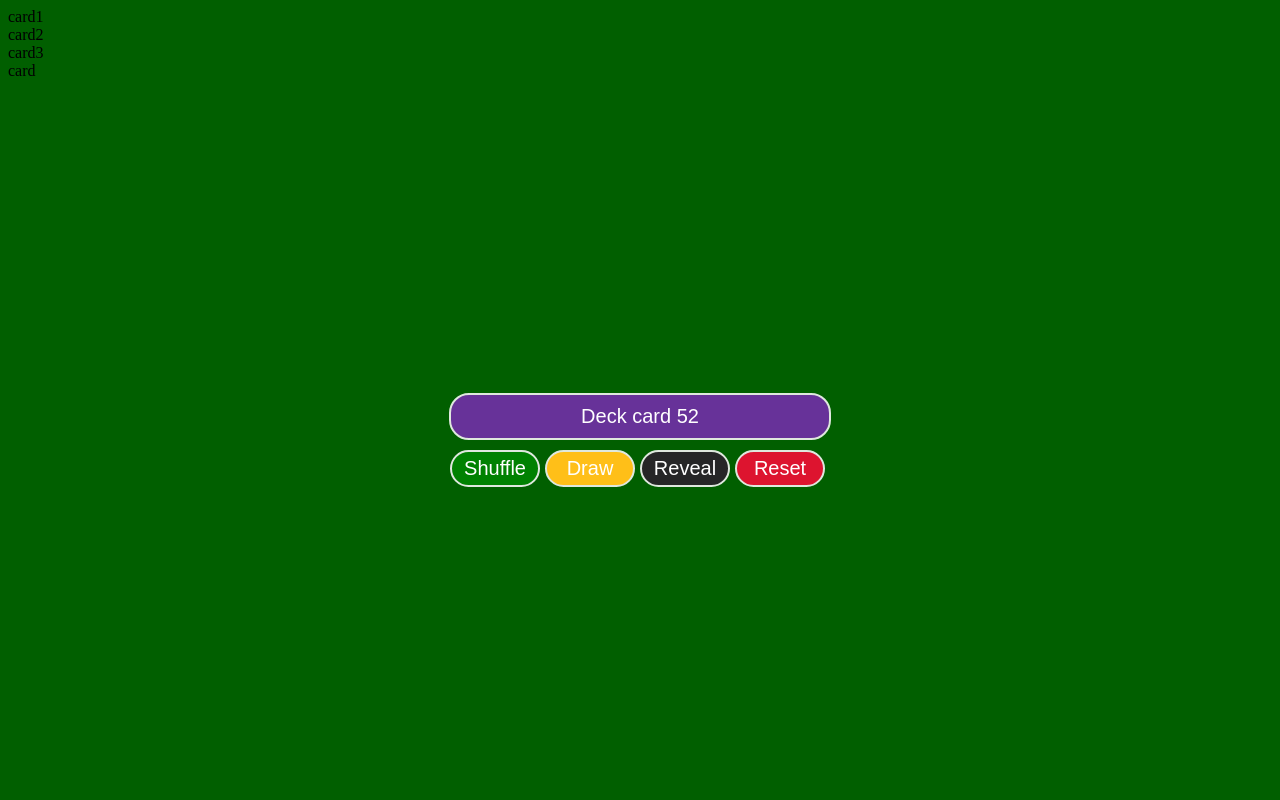
Repository: tiendungjr123/app-baicao
Page: /
These files come from the project's save history. The page is drawn as it stood at one moment and after the next save; the edit follows.
The browser window is 1280 px wide. The pictures show the whole page.
The project was rebuilt for these pictures with package versions that can differ from the ones it lists, and the page was loaded fresh each time. Also part of the build but not shown: src/index.css.

Above is the page before, as saved 2022-10-10 23:56:57.

### src/index.js
import React from 'react';
import ReactDOM from 'react-dom/client';
import './index.css';
import App from './App';

const root = ReactDOM.createRoot(document.getElementById('root'));
root.render(
   <React.StrictMode>
      <App />
   </React.StrictMode>
);

### src/App.js
import './App.css';
import Card from './Components/card';
import CardList from './Components/cardList';
import Table from './Components/table';

function App() {
   return (
      <div class="app">
         <CardList />
         <Table />
      </div>

   );
}

export default App;

### src/App.css
@import "./Scss/style.css";

### src/Components/cardList.jsx
import React from 'react';
import Card from './card';
const CardList = () => {
   return (
      <>
         <header class="header">card1</header>
         <aside class="aside aside-1">card2</aside>
         <aside class="aside aside-2">card3</aside>
         <footer class="footer">card</footer>
      </>
   );
}

export default CardList;

### src/Components/table.jsx
import React from 'react';

const Table = () => {
   return (
      <div className='table'>
         <button className='btn-deck-card'>Deck card 52</button>
         <div className='btn-action'>
            <button className='btn btn-shuffle'>Shuffle</button>
            <button className='btn btn-draw'>Draw</button>
            <button className='btn btn-reveal'>Reveal</button>
            <button className='btn btn-reset'>Reset</button>
         </div>
      </div>
   );
}

export default Table;

### src/Scss/style.css
.table {
  height: 100vh;
  display: flex;
  justify-content: center;
  align-items: center;
  flex-direction: column;
}
.table .btn-deck-card {
  border: 2px solid #DFE8DE;
  border-radius: 20px;
  color: #fff;
  font-size: 20px;
  font-weight: 400;
  background-color: #673299;
  padding: 10px 130px;
  margin-bottom: 10px;
}
.table .btn-action .btn {
  border: 2px solid #DFE8DE;
  border-radius: 20px;
  color: #fff;
  font-size: 20px;
  font-weight: 400;
  margin-right: 5px;
  padding: 5px 10px;
  width: 90px;
  cursor: pointer;
}
.table .btn-action .btn-shuffle {
  background-color: #008101;
}
.table .btn-action .btn-draw {
  background-color: #FFBF18;
}
.table .btn-action .btn-reveal {
  background-color: #262627;
}
.table .btn-action .btn-reset {
  background-color: #dd142f;
}

body {
  background-color: #015F00;
  height: 100vh;
}/*# sourceMappingURL=style.css.map */

### src/Components/card.jsx
import React from 'react';

const Card = () => {
   return (
      <div className='card'>

      </div>
   );
}

export default Card;

Loaded but not shown: public/index.html (common file)

After the next save:
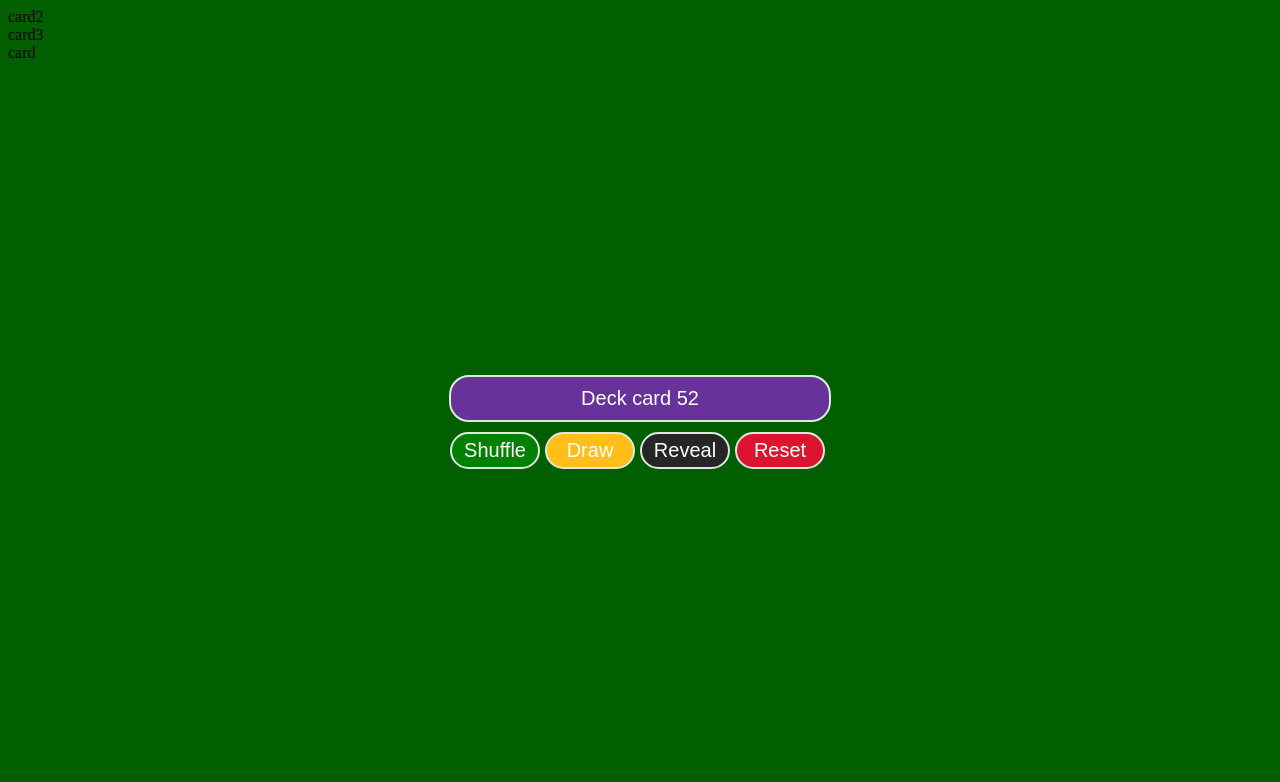
Saved 30 s later.
--- a/src/Components/cardList.jsx
+++ b/src/Components/cardList.jsx
@@ -3,7 +3,9 @@ import Card from './card';
 const CardList = () => {
    return (
       <>
-         <header class="header">card1</header>
+         <div class="header">
+            <Card/>
+         </div>
          <aside class="aside aside-1">card2</aside>
          <aside class="aside aside-2">card3</aside>
          <footer class="footer">card</footer>

After the save that followed:
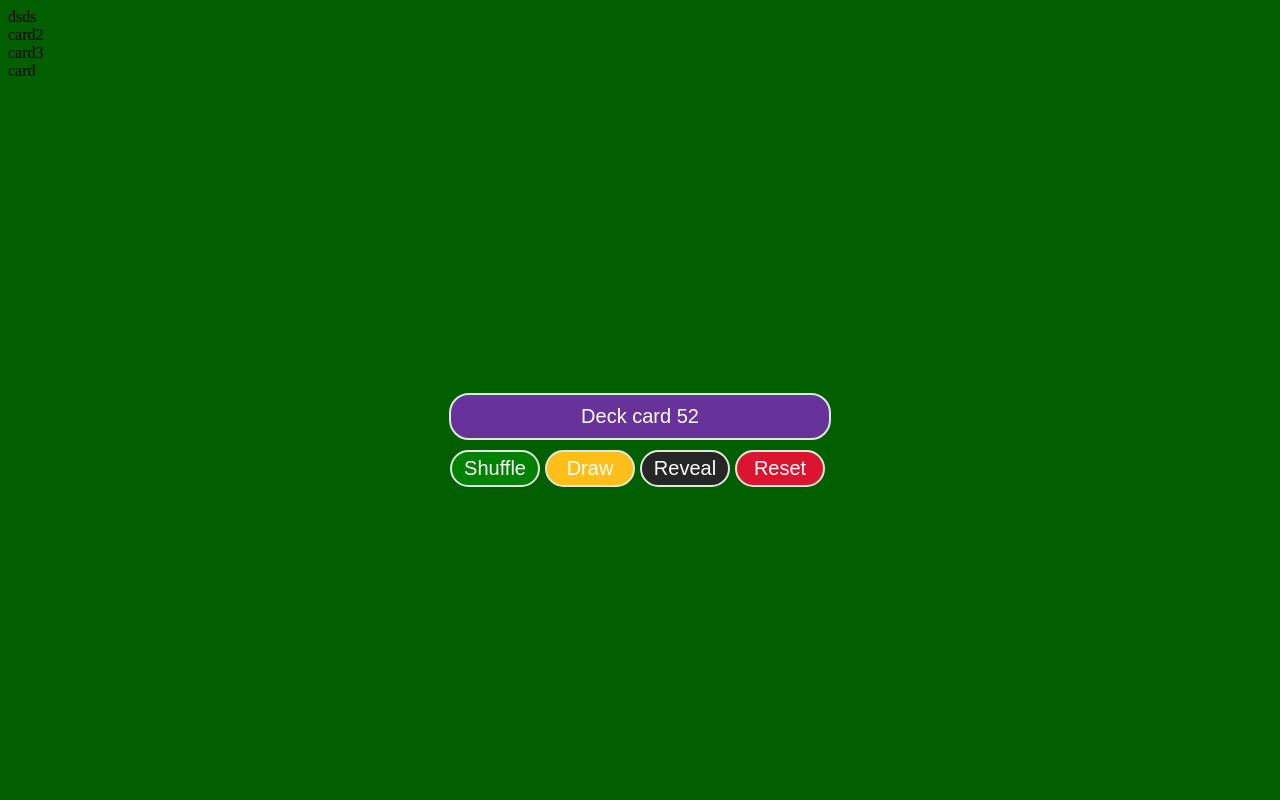
Saved 7 s later.
--- a/src/Components/card.jsx
+++ b/src/Components/card.jsx
@@ -3,7 +3,7 @@ import React from 'react';
 const Card = () => {
    return (
       <div className='card'>
-
+         dsds
       </div>
    );
 }
